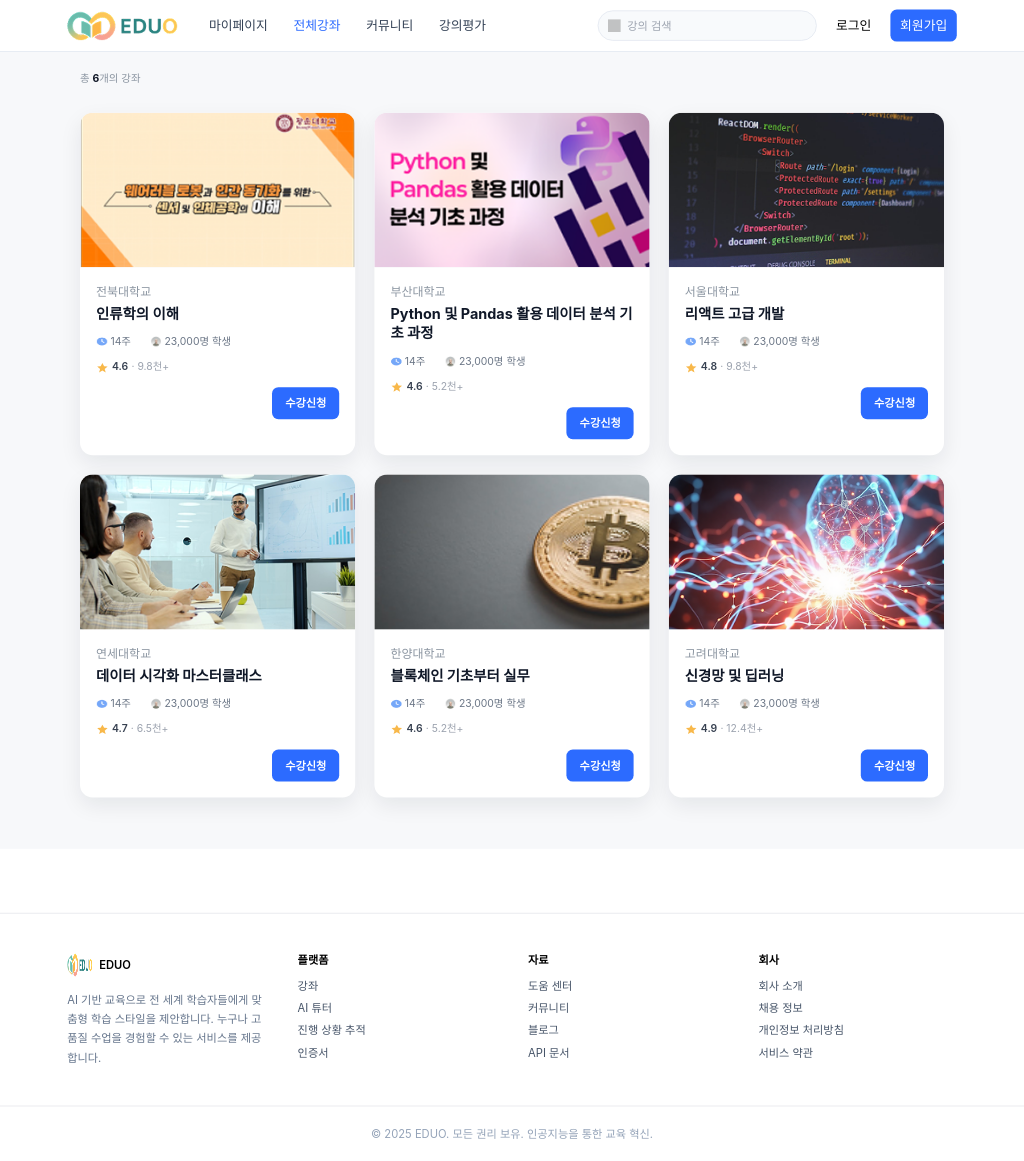
Repository: Iimchaehoon/eduoproject
Page: /search (app in client/)
These files come from the project's save history. The page is drawn as it stood at one moment and after the next save; the edit follows.
The browser window is 1280 px wide. The pictures show the whole page, at 80% of full size.
Pictures or frames that could not be fetched are drawn as grey boxes. The page's requests for data from a server got no answer. The project was rebuilt for these pictures with package versions that can differ from the ones it lists, and the page was loaded fresh each time. No one was signed in, and anything a server would have sent is missing. Also part of the build but not shown: client/vite.config.js, client/src/shared/CourseCard.jsx, client/src/pages/Home.jsx, client/src/components/chatbot.js, client/src/pages/Course.jsx, client/src/pages/CourseEval.jsx, client/src/pages/Community.jsx, client/src/pages/Login.jsx and 2 more.

Above is the page before, as saved 2025-10-17 01:40:56.

After the next save:
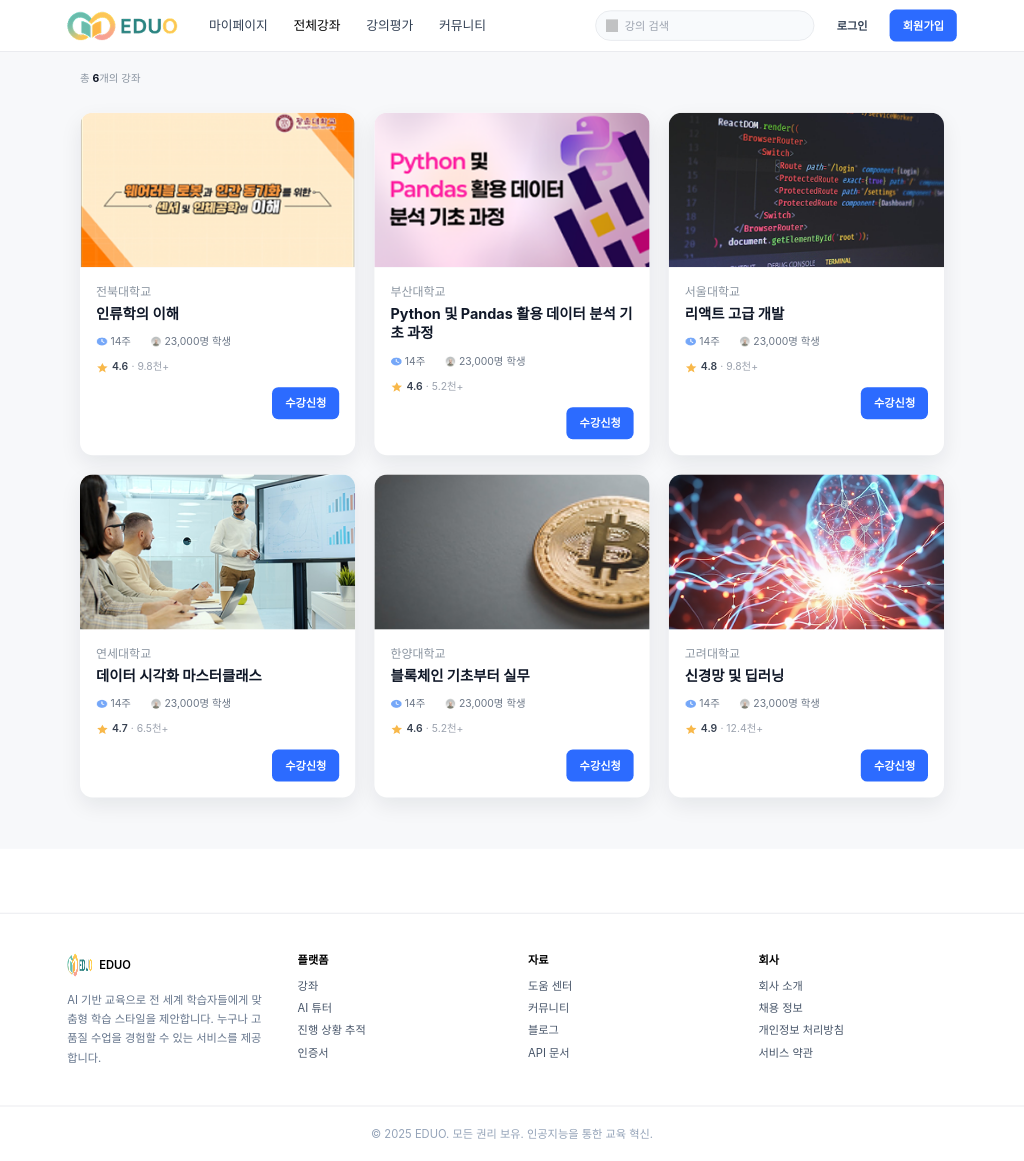
Saved 15 s later.
--- a/client/src/components/Navbar.jsx
+++ b/client/src/components/Navbar.jsx
@@ -5,7 +5,7 @@ const Item = ({ to, children }) => (
     to={to}
     className={({ isActive }) =>
       `px-3 py-2 rounded-lg hover:bg-slate-100 ${
-        isActive ? "text-[#2C6BFF]" : "text-slate-700"
+        isActive ? "text-primary" : "text-slate-700"
       }`
     }
   >
@@ -15,13 +15,13 @@ const Item = ({ to, children }) => (
 
 export default function Navbar() {
   return (
-    <header className="bg-white/80 backdrop-blur sticky top-0 z-50 border-b border-slate-200">
+    <header className="bg-white/80 backdrop-blur sticky top-0 z-50 border-b border-skin-ring">
       <div className="max-w-6xl mx-auto px-5 h-16 flex items-center gap-6">
         <Link to="/" className="flex items-center gap-2">
           <img
             src="/img/main_logo.png"
             alt="EDUO"
-            className="h-10 w-auto object-contain"
+            className="h-8 sm:h-10 w-auto object-contain"
             draggable={false}
           />
           <span className="sr-only">EDUO</span>
@@ -30,28 +30,20 @@ export default function Navbar() {
         <nav className="hidden md:flex items-center gap-2">
           <Item to="/mypage">마이페이지</Item>
           <Item to="/search">전체강좌</Item>
+          <Item to="/course-eval">강의평가</Item> {/* ✅ 복구 */}
           <Item to="/community">커뮤니티</Item>
-          {/* 샘플 강좌평가 라우트로 안내 (slug는 실제 강좌 slug로 교체 가능) */}
-          <Item to="/course/py-oop/eval">강의평가</Item>
         </nav>
 
         <div className="ml-auto flex items-center gap-3">
-          <div className="hidden md:flex items-center gap-2 rounded-full bg-slate-50 border border-slate-200 px-3 py-2">
+          <div className="hidden md:flex items-center gap-2 rounded-full bg-slate-50 border border-skin-ring px-3 py-2">
             <img src="/img/search.png" className="w-4 h-4 opacity-60" alt="" />
             <input
               placeholder="강의 검색"
               className="bg-transparent outline-none text-sm w-56"
             />
           </div>
-          <Link to="/login" className="px-3 py-2 rounded-lg hover:bg-slate-100">
-            로그인
-          </Link>
-          <Link
-            to="/register"
-            className="px-3 py-2 rounded-lg bg-[#2C6BFF] text-white"
-          >
-            회원가입
-          </Link>
+          <Link to="/login" className="btn btn-ghost">로그인</Link>
+          <Link to="/register" className="btn btn-primary">회원가입</Link>
         </div>
       </div>
     </header>
